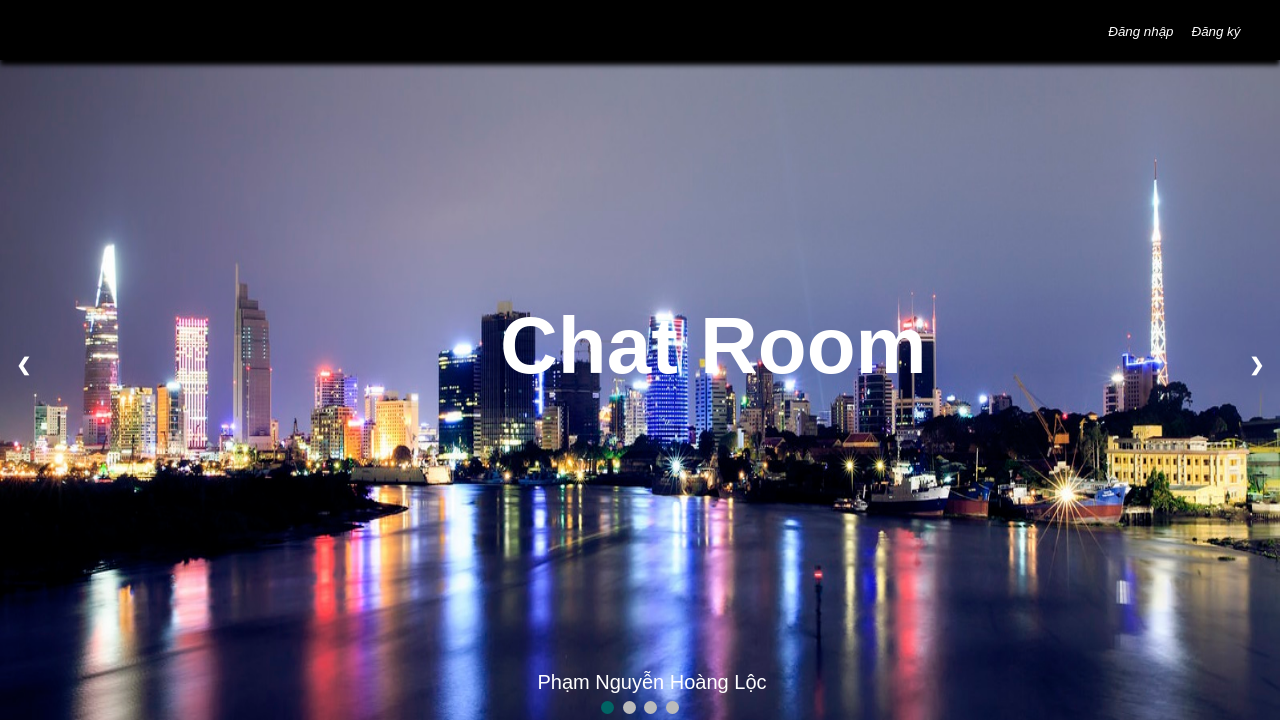
Repository: viplocpro/jsp
Page: ChatServlet/WebContent/index.html
The author's editor kept a copy of each file at every save. The page is drawn from the files as they stood at one save, then again after the next save.
The browser window is 1280 px wide. The pictures show the whole page.

Above is the page before, as saved 2016-10-13 03:12:03.

### ChatServlet/WebContent/index.html
<!DOCTYPE html>
<html>
<head>
<meta charset="UTF-8">
<link rel="stylesheet" type="text/css" href="style/style.css">
<script src="javascript/test.js" type="text/javascript"></script>
<title>Hello UIT</title>
</head>
<body>
<div id ="menu">
	<!-- ul class="menu-1">
		<li class="home-menu-1"><img src="image/home.png" width="40px" height="35px"></li>
		<li>TRANG CHỦ</li>
		<li>GIỚI THIỆU</li>
		<li>HỒ SƠ</li>
	</ul>-->
	<ul class="menu-2">
		<a href="register"><li>Đăng ký</li></a>
		<a href="login"><li>Đăng nhập</li></a>
	</ul>
</div>
<div id="content" class="slideshow-container" >
	  	<div class="mySlides fade" style="background-image:url(image/i1.jpg);width:100%; height: 100%; background-size:100% 100%;">
	    	<div class="numbertext">1 / 4</div>
	    	<div class="text">Phạm Nguyễn Hoàng Lộc</div>
	  	</div>

	  	<div class="mySlides fade" style="background-image:url(image/i2.jpg);width:100%; height: 100%; background-size:100% 100%;">
	    	<div class="numbertext">2 / 4</div>
	    	<div class="text">Hồ Thanh Bình</div>
	  	</div>

	  	<div class="mySlides fade" style="background-image:url(image/i5.jpg);width:100%; height: 100%; background-size:100% 100%;">
	    	<div class="numbertext">3 / 4</div>
	    	<div class="text">Nguyễn Văn Duy</div>
	  	</div>

	  	<div class="mySlides fade" style="background-image:url(image/i4.jpg);width:100%; height: 100%; background-size:100% 100%;">
	    	<div class="numbertext">4 / 4</div>
	    	<div class="text">Hà Đại Dương</div>
	  	</div>

	  	<a class="prev" onclick="plusSlides(-1)">&#10094;</a>
	  	<a class="next" onclick="plusSlides(1)">&#10095;</a>

	 	<div id="dot" style="text-align:center">
		  <span class="dot" onclick="currentSlide(1)"></span>
		  <span class="dot" onclick="currentSlide(2)"></span>
		  <span class="dot" onclick="currentSlide(3)"></span>
		  <span class="dot" onclick="currentSlide(4)"></span>
		</div>
</div>
<div class="banner">
	Chat Room
</div>
<script>

var slideIndex = 1;
showSlides(slideIndex);

setInterval(function(){
	slideIndex++;
	showSlides(slideIndex);
}, 10000);


function plusSlides(n) {
  showSlides(slideIndex += n);
}

function currentSlide(n) {
  showSlides(slideIndex = n);
}

function showSlides(n) {
  var i;
  var slides = document.getElementsByClassName("mySlides");
  var dots = document.getElementsByClassName("dot");

  if (n > slides.length) {slideIndex = 1}
  if (n < 1) {slideIndex = slides.length}
  for (i = 0; i < slides.length; i++) {
      slides[i].style.display = "none";
  }
  for (i = 0; i < dots.length; i++) {
      dots[i].className = dots[i].className.replace(" active", "");
  }
  slides[slideIndex-1].style.display = "block";
  dots[slideIndex-1].className += " active";
}
</script>
</body>
</html>

### ChatServlet/WebContent/style/style.css
*{
	padding:0;
	margin:0;
}

a{
	color: white;
}

a:hover{
	color:#ff405c;
}

body{
	padding:0px;
	margin:0px;
	position:fixed;
	width:100%;
  	height:100%;
  	font-family: Arial,Helvetica,sans-serif;
}
#content
{
	width:100%;
  	height:100%;
  	z-index:0;
}
#menu
{
	width: 100%;
	height: 60px;
	z-index:1;
	position: absolute;
	//border: 1px solid white;
	//border-radius: 12px;
	//margin-left: 58%;
	color: white;
	//background-image: url(../image/bg-menu.jpg);
	background-size: 100% 100%;
	//border-bottom: 2px solid #444;
	background: black;
	box-shadow: 0px 5px 5px 0px black;
}
#menu ul
{
	position: relative;
    top: 20px;
    margin-left: 50%;
    margin-right: 2%;
}
#menu ul.menu-1 li
{
	cursor: pointer;
	list-style-type: none;
	float: left;
    //width: 100px;
    text-align: center;
   	margin-left: 20px;
    padding: 4px;
}
#menu ul.menu-1 li.home-menu-1
{
	//margin-bottom:5px;
	margin-top: -13px;
}
{
	cursor: pointer;
	list-style-type: none;
	float: left;
    //width: 100px;
    text-align: center;
   	margin-left: 20px;
    padding: 4px;
}

#menu ul.menu-2 li
{
	cursor: pointer;
	list-style-type: none;
    text-align: center;
    float: right;
    font-style: italic;
    font-size: smaller;
    margin-right: 10px;
    padding: 4px;
}

#menu ul.menu-1 li:hover:not(.home-menu-1)
{
	//border-radius: 12px;
	//background-color:blue;
	//font-weight: bold;
	border-bottom: 3px solid #ff405c;
	color: #ff405c;
}
#menu ul.menu-2 li:hover
{
	color: orange;
}
/* Slideshow container */
.slideshow-container {
  position: relative;
  margin: auto;
}
/* Next & previous buttons */
.prev, .next {
  cursor: pointer;
  position: absolute;
  top: 50%;
  width: auto;
  margin-top: -22px;
  padding: 16px;
  color: white;
  font-weight: bold;
  font-size: 18px;
  transition: 0.6s ease;
  border-radius: 0 3px 3px 0;
}

/* Position the "next button" to the right */
.next {
  right: 0;
  border-radius: 3px 0 0 3px;
}

/* On hover, add a black background color with a little bit see-through */
.prev:hover, .next:hover {
  background-color: rgba(0,0,0,0.8);
}

/* Caption text */
.text {
  color: #f2f2f2;
  font-size: 20px;
  padding: 8px 12px;
  position: absolute;
  bottom: 18px;
  width: 100%;
  text-align: center;
  color: white;
}

/* Number text (1/3 etc) */
.numbertext {
  color: #f2f2f2;
  font-size: 12px;
  padding: 8px 12px;
  position: absolute;
  top: 0;
}

#dot
{
	position: inherit;
    bottom: 20px;
}

/* The dots/bullets/indicators */
.dot {
  cursor:pointer;
  height: 13px;
  width: 13px;
  margin: 0 2px;
  background-color: #bbb;
  border-radius: 50%;
  display: inline-block;
  transition: background-color 0.6s ease;
}

.banner{
	color: white;
	font-size: 500%;
	font-weight: bold;
	position: absolute;
	top: 300px;
	left: 500px;
}

.active, .dot:hover {
  background-color: #006464;
}

/* Fading animation */
.fade {
  -webkit-animation-name: fade;
  -webkit-animation-duration: 5s;
  animation-name: fade;
  animation-duration: 2s;
}

@-webkit-keyframes fade {
  from {opacity: .4}
  to {opacity: 1}
}

@keyframes fade {
  from {opacity: .4}
  to {opacity: 1}
}
.overlay {
    position: fixed;
    top: 0;
    left: 0;
    z-index: -1;
    display: block;
    background-color: black;
    opacity: 0;
    width: 100%;
    height: 100%;
    -webkit-transition: opacity 1s;
    -moz-transition: opacity 1s;
    -o-transition: opacity 1s;
    -ms-transition: opacity 1s;
    transition: opacity 1s;
}

### ChatServlet/WebContent/javascript/test.js
//var slideIndex = 1;
//showSlides(slideIndex);
//
//setInterval(function(){
//	slideIndex++;
//	showSlides(slideIndex);
//}, 5000);
//
//
//function plusSlides(n) {
//  showSlides(slideIndex += n);
//}
//
//function currentSlide(n) {
//  showSlides(slideIndex = n);
//}
//
//function showSlides(n) {
//  var i;
//  var slides = document.getElementsByClassName("mySlides");
//  var dots = document.getElementsByClassName("dot");
//
//  if (n > slides.length) {slideIndex = 1}
//  if (n < 1) {slideIndex = slides.length}
//  for (i = 0; i < slides.length; i++) {
//      slides[i].style.display = "none";
//  }
//  for (i = 0; i < dots.length; i++) {
//      dots[i].className = dots[i].className.replace(" active", "");
//  }
//  slides[slideIndex-1].style.display = "block";
//  dots[slideIndex-1].className += " active";
//}

After the next save:
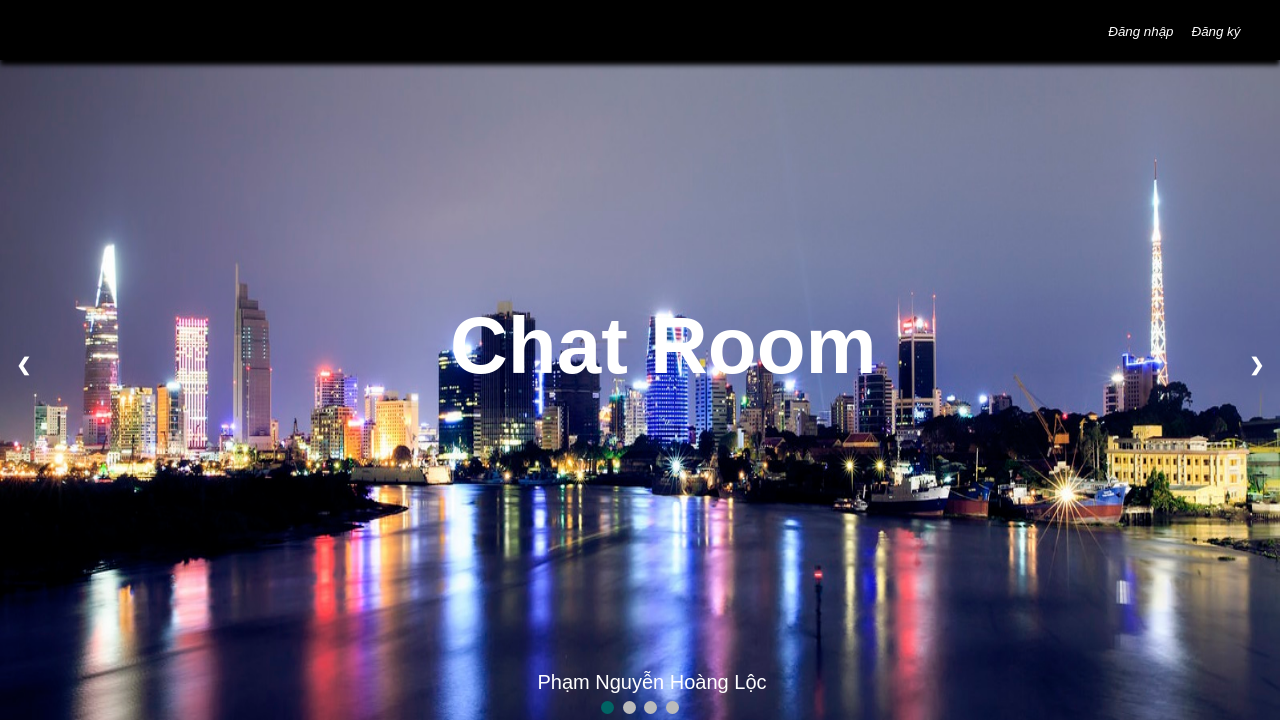
Saved 7 s later.
--- a/ChatServlet/WebContent/style/style.css
+++ b/ChatServlet/WebContent/style/style.css
@@ -173,7 +173,7 @@ body{
 	font-weight: bold;
 	position: absolute;
 	top: 300px;
-	left: 500px;
+	left: 450px;
 }
 
 .active, .dot:hover {
